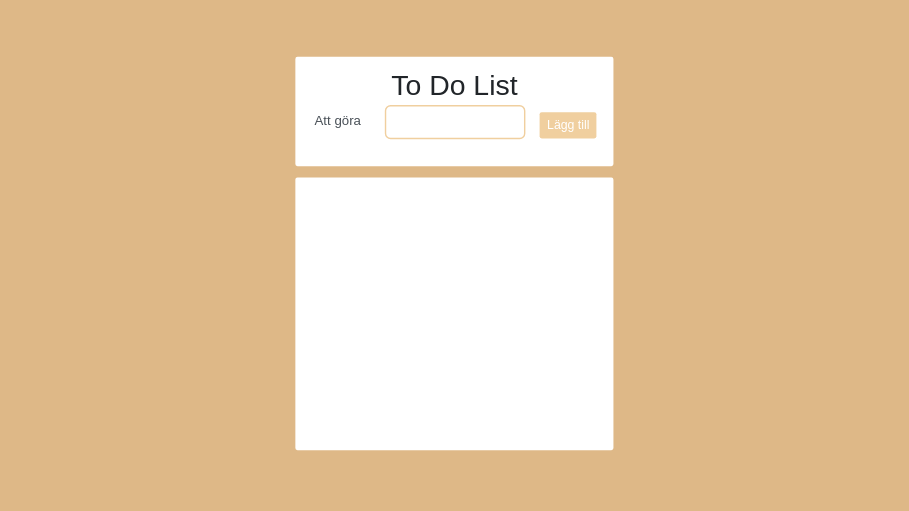
Repository: skepp4rn/todolist
Page: index.html
An editor plug-in stored every save of this project. The page is shown before and after the next save, followed by the edit.
The browser window is 1280 px wide. The pictures show the whole page, at 71% of full size.
The page's requests for data from a server got no answer. Some web libraries are served in a nearby version.

Above is the page before, as saved 2021-01-28 12:25:54.

### index.html
<!DOCTYPE html>
<html lang="sv">
<head>
    <meta charset="UTF-8">
    <meta name="viewport" content="width=device-width, initial-scale=1.0">

    <script src="https://kit.fontawesome.com/ef4c0722a8.js" crossorigin="anonymous"></script>
    <link rel="stylesheet" href="https://cdn.jsdelivr.net/npm/bootstrap@4.5.3/dist/css/bootstrap.min.css" integrity="sha384-TX8t27EcRE3e/ihU7zmQxVncDAy5uIKz4rEkgIXeMed4M0jlfIDPvg6uqKI2xXr2" crossorigin="anonymous">
    <link rel="stylesheet" href="css/style.css">

    <title>To Do List</title>
</head>
<body>
    <div class="container">
        <div id="header">
            <h1>To Do List</h1>
        </div>

        <form class="form" id="form">
            <div class="form-control">
                <label>Att göra</label>
                <input type="text" id="addToDo">
                <i class="fas fa-check-circle"></i>
                <i class="fas fa-exclamation-circle"></i>
                <small>Error message</small>
            </div>

            <button id="btn">Lägg till</button>
        </form>
    </div>

    <div class="container2">
        <div id="list"></div>
    </div>

    <script src="https://code.jquery.com/jquery-3.5.1.slim.min.js" integrity="sha384-DfXdz2htPH0lsSSs5nCTpuj/zy4C+OGpamoFVy38MVBnE+IbbVYUew+OrCXaRkfj" crossorigin="anonymous"></script>
    <script src="https://cdn.jsdelivr.net/npm/bootstrap@4.5.3/dist/js/bootstrap.bundle.min.js" integrity="sha384-ho+j7jyWK8fNQe+A12Hb8AhRq26LrZ/JpcUGGOn+Y7RsweNrtN/tE3MoK7ZeZDyx" crossorigin="anonymous"></script>
    <script src="https://cdnjs.cloudflare.com/ajax/libs/uuid/8.1.0/uuidv4.min.js"></script>
    <script src="script.js"></script>
</body>

### css/style.css
*{
    box-sizing: border-box;
    margin: 0;
    padding: 0;
}

body {
    background-color: burlywood;
    font-family: Arial, Helvetica, sans-serif;
    display: grid;
    justify-content: center;
}

.container {
    width: 35vw;
    display: grid;
    justify-content: center;
    background-color: #ffffff;
    border-radius: 3px;
    margin-top: 5rem;
    padding-bottom: 2   rem;
    height: 12vw;
}

.container2 {
    width: 100%;
    display: grid;
    justify-content: center;
    background-color: #ffffff;
    border-radius: 3px;
    margin-top: 1rem;
    padding-bottom: 5rem;
    height: 30vw;
    overflow-y: auto;
}

#header {
    margin-top: 1rem;
    text-align: center;
}

#btn {
    border: none;
    border-radius: 3px;
    padding: 0.2rem;
    background-color: #f0cf9f;
    color: #ffffff;
    font-size: 13pt;
    width: 5rem;
    height: 2.3rem;
    align-self: center;
    margin-bottom: 200px;

}

.todobox {
    padding-top: 2rem;
    padding-bottom: 1rem;
    width: 32vw;
    display: grid;
    grid-template-columns: 5fr 1fr;
}

.knappar {
    display: grid;
    gap: 1rem;
}

.todoinput {
    display: flex;
    align-items: center;
}

.fa-trash {
    padding: 0.5rem;
    border: none;
    border-radius: 3px;
    color: #ffffff;
    background-color: #f0cf9f;
    width: 5rem;
}

.fa-undo {
    padding: 0.5rem;
    border: none;
    border-radius: 3px;
    color: #ffffff;
    background-color: #f0cf9f;
    width: 5rem;
}

.done {
    border: none;
    border-radius: 3px;
    padding: 0.2rem;
    background-color: #f0cf9f;
    color: #ffffff;
    font-family: Arial, Helvetica, sans-serif;
    font-size: 14pt;
    width: 4rem;
    height: 2.2rem;
}

.form-control {
    border: none;
    position: relative;
    height: 2rem;
    width: 100%;
    display: grid;
    grid-template-columns: 1fr 2fr;
    align-content: center;
}

.form label {
    display: flex;
    align-items: center;
    font-size: 14pt;
}


.form {
    display: grid;
    grid-template-columns: 3.3fr 1fr;
    justify-items: center;
    height: 70px;
}

.form-control input {
    border: 2px solid #f0cf9f;
    border-radius: 8px;
    display: block;
    width: 100%;
    margin-bottom: 0.2rem;
    padding: 1rem;
    font-family: Arial, Helvetica, sans-serif;
    font-size: 14pt;
    height: 3rem;
}

.form-control.error input {
    border-color: #e74c3c;
}

.form-control i {
    visibility: hidden;
    position: absolute;
    top: 2.4rem;
    right: 1.5rem;
}


.form-control.error i.fa-exclamation-circle {
    visibility: visible;
    color: #e74c3c;
}

.form-control small {
    visibility: hidden;
    position: absolute;
    bottom: 0;
    left: 7vw;
}

.form-control.error small {
    visibility: visible;
    color: #e74c3c;
}

### script.js
let ToDo = [];
let addToDos = document.getElementById('addToDo');
let form = document.getElementById('form');
let check = false;
let btn = document.getElementById('subbtn');
let list = document.querySelector('#list');
const fetchTodos = () => {
    fetch('https://jsonplaceholder.typicode.com/todos?_start20=&_limit=10')
    .then(res => res.json())
    .then(data => {
      ToDo = data;
      listelement(ToDo);
    })
}
fetchTodos();

const listelement = (ToDo) => {
    list.innerHTML = '';
    ToDo.forEach(todo => {
        list.innerHTML += newTodo(todo);
    })
    console.log(ToDo);
}

const newTodo = todo => {

    let template = todo.completed ? `
    <div id="${todo.id}" class="todoinput completed">
        <div class="todobox">
          <h3 class="title">${todo.title}</h3>
            <div class="knappar">
                <button class="fas fa-undo"></button>
                <button class="fas fa-trash"></button>
            </div>
        </div>
    </div>
    `
    : `
    <div id="${todo.id}" class="todoinput">
        <div class="todobox">
            <h3 class="title">${todo.title}</h3>
            <button class="done">Done</button>
        </div>
    </div>
    `
    return template
  }


  const createTodo = (title) => {

    fetch('https://jsonplaceholder.typicode.com/todos',{
      method: 'POST',
      headers: {
        'Content-type': 'application/json; charset=UTF-8'
      },
      body: JSON.stringify({
        title,
        completed: false
      })
    })
    .then(res => res.json())
    .then(data => {
        let _todo = {
            title: data.title,
            completed: data.completed,
            id: uuidv4()
        }
      console.log(data)
      ToDo.unshift(_todo);
      listelement(ToDo);
    })
}

form.addEventListener('submit', (e) => {
    e.preventDefault();

    checkInputs();

    if(check == true) {
        removeinput(addToDos);

        createTodo(addToDos.value)
        listelement(ToDo);

        addToDos.value = '';
    }
});

function checkInputs() {
    let addToDosValue = addToDos.value.trim();

    if(addToDosValue === ``) {
    setErrorFor(addToDos, `Du måste skriva något!`);

    } else {
        setSuccessFor(addToDos);
    }
}

function setErrorFor(input, message) {
    let formControl = input.parentElement;
    let small = formControl.querySelector('small');
    small.innerText = message;
    formControl.className = 'form-control error';
    check = false;
}

function setSuccessFor(input) {
    let formControl = input.parentElement;
    formControl.className = 'form-control success';
    check = true;
}

function removeinput(input) {
    let formControl = input.parentElement;
    formControl.className = 'form-control';
}

list.addEventListener('click', (e) => {
    if(e.target.classList.contains('done')) {
        complete(e.target.parentNode.parentNode.id)
    }
    else if(e.target.classList.contains('fa-undo')) {
        complete(e.target.parentNode.parentNode.parentNode.id)
    }
})

function complete(id) {
    ToDo.map(todo => {
        if(todo.id == id){
            todo.completed = !todo.completed
        }
        return todo
    })
    listelement(ToDo)
}

list.addEventListener('click', (e) => {

    if(e.target.classList.contains('fa-trash')) {
        ToDo = ToDo.filter(removetodo => removetodo.id != e.target.parentNode.parentNode.parentNode.id)
        listelement(ToDo)
    }
});

After the next save:
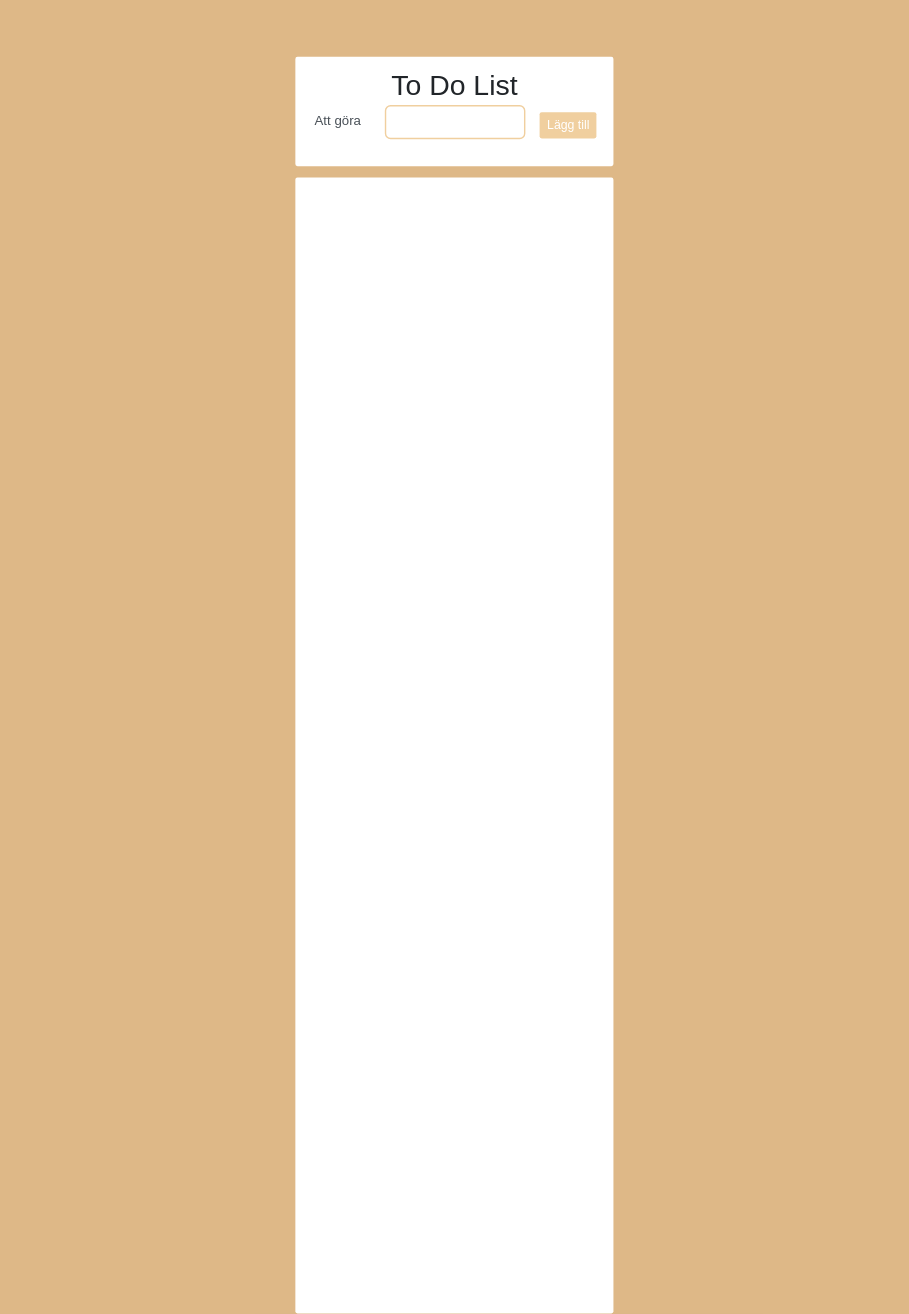
Saved 5 s later.
--- a/css/style.css
+++ b/css/style.css
@@ -29,7 +29,7 @@
     background-color: #ffffff;
     border-radius: 3px;
     margin-top: 1rem;
-    padding-bottom: 5rem;
+    padding-bottom: 100rem;
     height: 30vw;
     overflow-y: auto;
 }

After the save that followed:
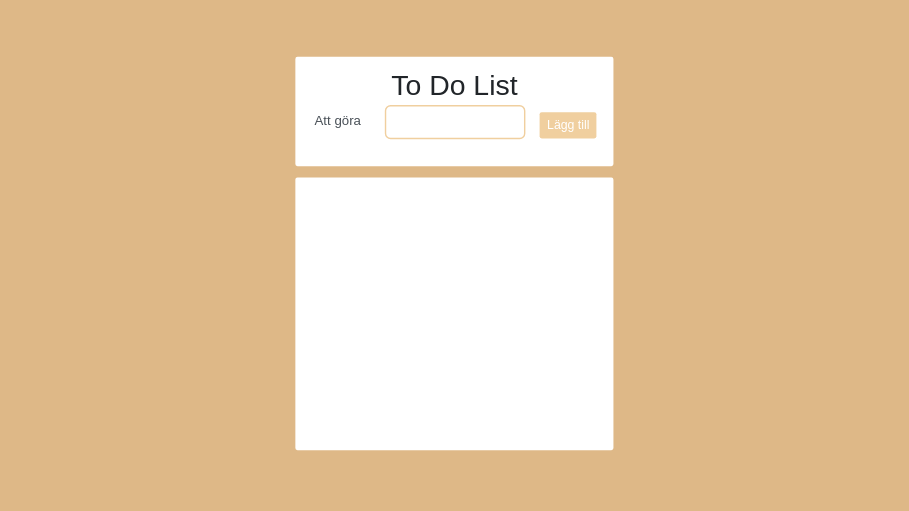
Saved 6 s later.
--- a/css/style.css
+++ b/css/style.css
@@ -29,7 +29,7 @@
     background-color: #ffffff;
     border-radius: 3px;
     margin-top: 1rem;
-    padding-bottom: 100rem;
+    padding-bottom: 5rem;
     height: 30vw;
     overflow-y: auto;
 }
